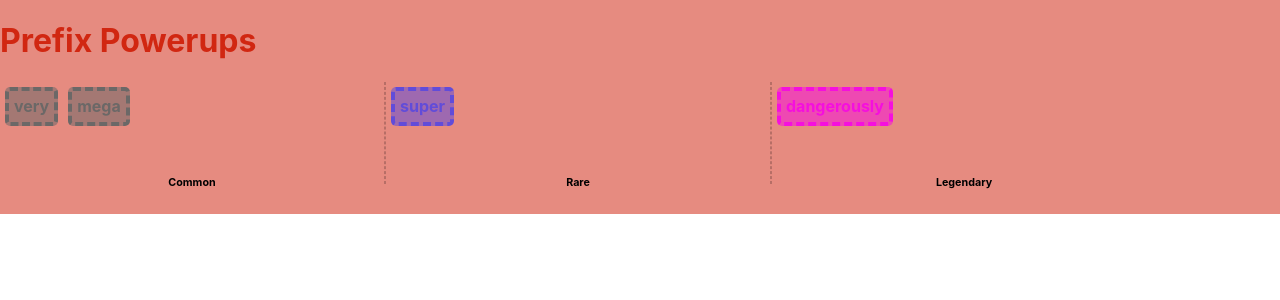
Repository: bsalgado98/buns-inator
Page: /
An editor plug-in stored every save of this project. The page is shown before and after the next save, followed by the edit.
The browser window is 1280 px wide. The pictures show the whole page.
The project was rebuilt for these pictures with package versions that can differ from the ones it lists, and the page was loaded fresh each time.

Above is the page before, as saved 2022-04-25 22:45:46.

### src/index.css
body {
    margin: 0;
    padding: 0;
    font-family: -apple-system, BlinkMacSystemFont, 'Segoe UI', 'Roboto', 'Oxygen',
        'Ubuntu', 'Cantarell', 'Fira Sans', 'Droid Sans', 'Helvetica Neue',
        sans-serif;
    -webkit-font-smoothing: antialiased;
    -moz-osx-font-smoothing: grayscale;
}

code {
    font-family: source-code-pro, Menlo, Monaco, Consolas, 'Courier New', monospace;
}

### src/App.js
import './App.css';
import WordBank from './components/WordBank/WordBank'

function App() {
    const wordList = {
        prefixPowerups: [
            {
                sectionTitle: "Common",
                words: ['very', 'mega'],
                color: "#6b6867"
            },
            {
                sectionTitle: "Rare",
                words: ['super'],
                color: "#614cd9"
            },
            {
                sectionTitle: "Legendary",
                words: ['dangerously'],
                color: "#f50fde"
            }
        ]
    }

    return (
        <div className="App">
            <WordBank bankTitle='Prefix Powerups' color="#d12711" wordCollection={wordList.prefixPowerups}/>
        </div>
    );
}

export default App;

### src/components/WordBank/WordBank.js
import createWordSection from "../../utility/wordSection"

const WordBank = ({ bankTitle = "N/A", color = "#000000", wordCollection = [] }) => {
    const styles = {
        container: {
            style: {
                backgroundColor: `${color}88`,
                display: 'flex',
                flexDirection: 'column'
            }
        },
        title: {
            style: {
                color: color
            },
            container: {
                style: {
                    display: 'flex',
                    width: '100%'
                }
            }
        },
        collectionArea: {
            style: {
                display: 'flex'
            },
            section: {
                style: {
                    display: 'flex',
                    flexDirection: 'column',
                    width: '30%'
                },
                wordArea: {
                    style: {
                        display: 'flex'
                    }
                },
                title: {
                    style: {
                        opacity: '0.5'
                    }
                }
            }
        },
        divider: {
            style: {
                height: '100px',
                width: '0px',
                border: '1px dashed black',
                opacity: '0.2'
            }
        }
    }
    return (
        <div style={styles.container.style}>
            <div style={styles.title.container.style}>
                <h1 style={styles.title.style}>{bankTitle}</h1>
            </div>
            <div style={styles.collectionArea.style}>
                {wordCollection.map((section, i) => {
                    return (
                        <>
                            {i !== 0 ? <span style={styles.divider.style}></span> : null}
                            <div key={`section-${i}`} style={styles.collectionArea.section.style}>
                                <div style={styles.collectionArea.section.wordArea.style}>
                                    {createWordSection(section.words, section.color)}
                                </div>
                                <h6>{section.sectionTitle}</h6>
                            </div>
                        </>
                    )
                })}
            </div>
        </div>
    )
}

export default WordBank

### src/utility/wordSection.js
import WordCard from "../components/WordCard/WordCard";

function createWordSection(words, wordColor) {
    return words.map((word, i) => <WordCard key={`word-${i}`} text={word} color={wordColor} />)
}

export default createWordSection

### src/components/WordCard/WordCard.js
const WordCard = ({ text = "N/A", color = "#000000" }) => {
    const styles = {
        container: {
            style: {
                background: `${color}88`,
                display: 'flex',
                border: `4px dashed ${color}`,
                margin: '5px',
                padding: '5px',
                borderRadius: '5px',
                height: '30%',
                alignItems: 'center'
            }
        },
        text: {
            style: {
                color: color,
                fontSize: '16px'
            }
        }
    }
    return (
        <div style={styles.container.style}>
            <h1 style={styles.text.style}>{text}</h1>
        </div>
    )
}

export default WordCard

Loaded but not shown: public/index.html (common file); src/index.js (common file); src/reportWebVitals.js (common file); src/App.css (common file)

After the next save:
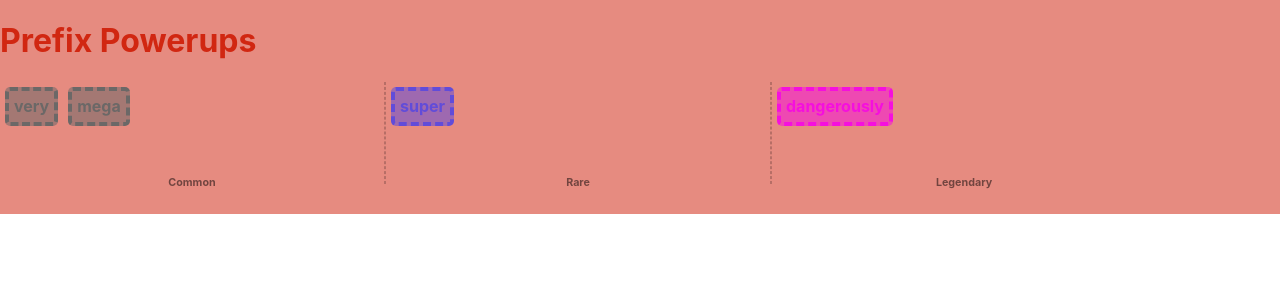
Saved 10 s later.
--- a/src/components/WordBank/WordBank.js
+++ b/src/components/WordBank/WordBank.js
@@ -65,7 +65,7 @@ const WordBank = ({ bankTitle = "N/A", color = "#000000", wordCollection = [] })
                                 <div style={styles.collectionArea.section.wordArea.style}>
                                     {createWordSection(section.words, section.color)}
                                 </div>
-                                <h6>{section.sectionTitle}</h6>
+                                <h6 style={styles.collectionArea.section.title.style}>{section.sectionTitle}</h6>
                             </div>
                         </>
                     )
